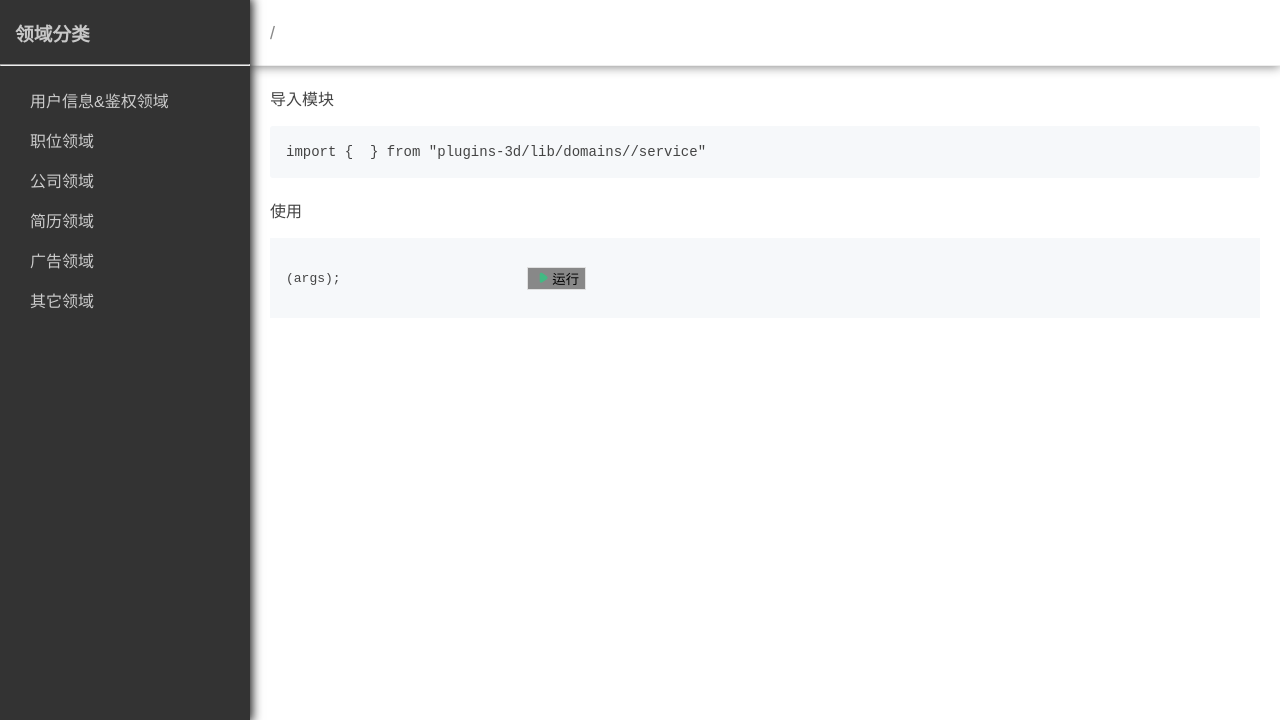
Repository: lsliangshan/inig-3d-doc
Page: /detail
The author's editor kept a copy of each file at every save. The page is drawn from the files as they stood at one save, then again after the next save.
The browser window is 1280 px wide. The pictures show the whole page.
The first visible `.form_footer .btn_run` is being pressed.
An inner scrolling area shows only its first screen. The project was rebuilt for these pictures with package versions that can differ from the ones it lists, and the page was loaded fresh each time. Also part of the build but not shown: vue.config.js, src/components/HelloWorld.vue, src/views/Home.vue, src/components/User.vue, src/components/Position.vue, src/components/Company.vue, src/components/Resume.vue, src/components/Ads.vue and 1 more. Imported but missing from the stored project, and not drawn on this page: ../plugins-3d/lib/domains/job/service, ../plugins-3d/lib/domains/user/service.

Above is the page before, as saved 2019-08-08 22:15:31.

After the next save:
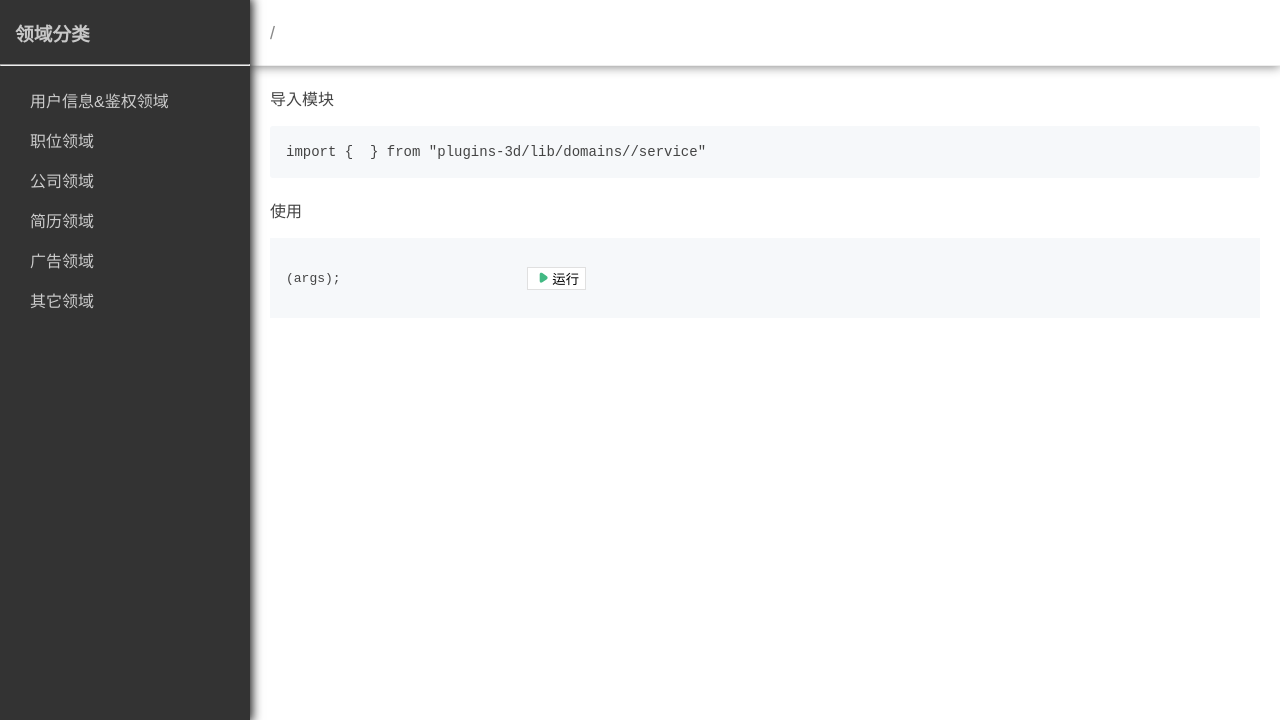
Saved 4 s later.
--- a/src/components/parts/DetailContent.vue
+++ b/src/components/parts/DetailContent.vue
@@ -158,7 +158,7 @@
   .form_footer .btn_run:focus {
     outline: none;
   }
-  .form_footer .btn_run:active {
+  .form_footer .btn_run::active {
     background-color: #888;
   }
   .form_footer .btn_run svg {
